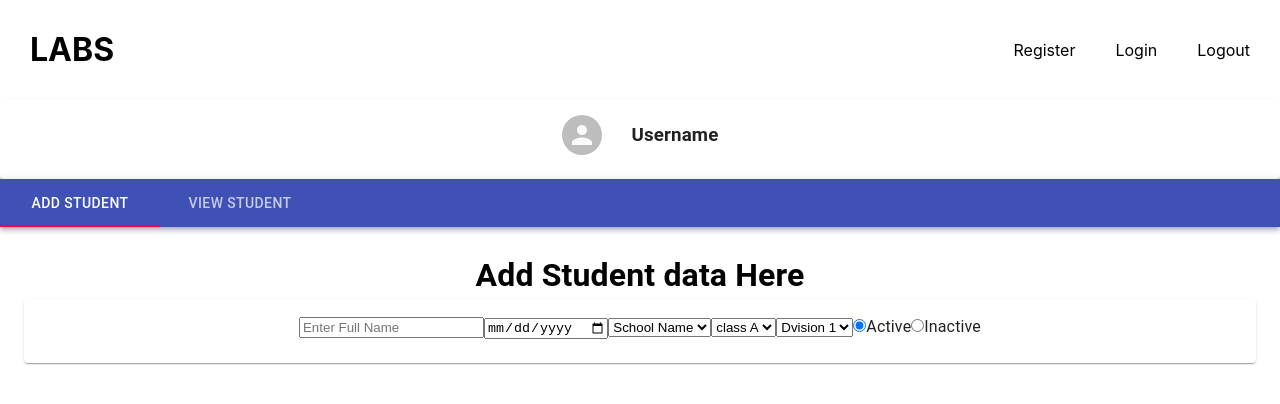
Repository: Prafullkuma/labsdata
Page: /admin
These files come from the project's save history. The page is drawn as it stood at one moment and after the next save; the edit follows.
The browser window is 1280 px wide. The pictures show the whole page.
The project was rebuilt for these pictures with package versions that can differ from the ones it lists, and the page was loaded fresh each time. Also part of the build but not shown: src/Component/Student/ViewStudent.js, src/Component/Main.js, src/Auth/Login.js, src/Auth/Signup.js, src/Auth/Logout.js.

Above is the page before, as saved 2020-08-25 17:27:35.

### src/App.js
import React from 'react';
import './App.css';
import Nav from './Component/Nav'
import Admin from './Component/Admin'
import Main from './Component/Main'
import Login from './Auth/Login'
import Signup from './Auth/Signup'
import Logout from './Auth/Logout'
import { BrowserRouter as Router, Route } from 'react-router-dom'
function App() {
  return (
    <div className="App">
      <Router>
        <Nav />
        <Route path="/logout" component={Logout} />
        <Route path="/signup" component={Signup} />
        <Route path="/login" component={Login} />
        <Route path="/admin" component={Admin} />
        <Route exact path="/" component={Main} />
      </Router>
    </div>
  );
}

export default App;

### src/Component/Nav.js
import React from 'react'
import './Nav.css'
import { Link } from 'react-router-dom'
function Nav() {
    return (
        <div className="Navbar">
            <h1> <Link to="/"> LABS</Link></h1>
            <ul>
                <li><Link to="/signup"> Register</Link></li>
                <li><Link to="/login">Login</Link></li>
                <li><Link to="/logout">Logout</Link>
                </li>
            </ul>
        </div>
    )
}

export default Nav

### src/Component/Admin.js
import React from 'react'
import { Avatar, Card, CardContent, Typography } from '@material-ui/core'
import './Admin.css'
import Details from './Details/Details'
function Admin() {
    return (
        <div>
            <Card className="all_data">
                <CardContent>
                    <Typography className="userdata">
                        <Avatar />
                        <h3>Username</h3>
                    </Typography>
                </CardContent>
            </Card>
            <Details />
        </div>
    )
}

export default Admin

### src/Component/Nav.css
.Navbar{
    padding: 30px;
    display: flex;
    justify-content: space-between;
    align-items: center;

}
a{
    text-decoration: none;
    color:black;
    }
ul,li{
    list-style: none;
    float: left;
    margin-left: 40px;
}

### src/Component/Admin.css
.userdata{
    display: flex;
    justify-content: right;
    align-items: center;
}
h3{
    margin-left: 30px;
}

### src/Component/Details/Details.js
import React from 'react'
import './details.css'
import { AppBar, Tabs, Tab, Typography } from '@material-ui/core'
import { makeStyles } from '@material-ui/core/styles';
import PropTypes from 'prop-types';
import Box from '@material-ui/core/Box';
import Addstudent from '../Student/Addstudent';
import ViewStudent from '../Student/ViewStudent';

const useStyles = makeStyles((theme) => ({
    root: {
        flexGrow: 1,
        backgroundColor: theme.palette.background.paper,
    },
}));

function a11yProps(index) {
    return {
        id: `simple-tab-${index}`,
        'aria-controls': `simple-tabpanel-${index}`,
    };
}
TabPanel.propTypes = {
    children: PropTypes.node,
    index: PropTypes.any.isRequired,
    value: PropTypes.any.isRequired,
};
function TabPanel(props) {
    const { children, value, index, ...other } = props;

    return (
        <div
            role="tabpanel"
            hidden={value !== index}
            id={`simple-tabpanel-${index}`}
            aria-labelledby={`simple-tab-${index}`}
            {...other} >
            {value === index && (
                <Box p={3}>
                    <Typography>{children}</Typography>
                </Box>
            )}
        </div>
    );
}

function Details() {
    const classes = useStyles();
    const [value, setValue] = React.useState(0);

    const handleChange = (event, newValue) => {
        setValue(newValue);
    };
    return (
        <div className="items">
            <div className="items_data">
                <AppBar position="static">
                    <Tabs value={value} onChange={handleChange} aria-label="simple tabs example">
                        <Tab label="Add Student" {...a11yProps(0)} />
                        <Tab label="View Student" {...a11yProps(1)} />
                    </Tabs>
                </AppBar>
            </div>
            <TabPanel value={value} index={0}>
                <h1>  Add Student data Here</h1>
                <Addstudent />
            </TabPanel>
            <TabPanel value={value} index={1}>
                <h1>  View Student Data</h1>
                <ViewStudent />
            </TabPanel>
        </div>
    )
}


export default Details

### src/Component/Details/details.css
.items{
    text-align: center;

}
.items_data{
    text-align: center;
}

### src/Component/Student/Addstudent.js
import React, { useState } from 'react'
import './addstudent.css'
import { Card, CardContent, Typography } from '@material-ui/core'


function Addstudent() {
    const [selectedOption, setSelectedOption] = useState('active')

    const radioHandler = (e) => {
        const data = e.target.value
        setSelectedOption({
            selectedOption: data
        })
        console.log(selectedOption)
    }
    return (
        <div>

            <Card className="all_data">
                <CardContent>
                    <Typography className="userdata">
                        <form >
                            <input type="text"
                                placeholder="Enter Full Name" />
                            <input type="date" className="'date enchiladac" />
                            <select value="" onChange="">
                                <option value="school1">School Name</option>
                                <option value="school1">School Name</option>
                                <option value="school1">School Name</option>
                            </select>
                            <select value="" onChange="">
                                <option value="class A">class A</option>
                                <option value="class A">class b</option>
                                <option value="class A">class c</option>
                            </select>
                            <select value="" onChange="">
                                <option value="Dvision 1">Dvision 1</option>
                                <option value="Dvision 1">Dvision 1</option>
                                <option value="Dvision 1">Dvision 1</option>
                            </select>

                            <label>
                                <input type="radio"
                                    name="do"
                                    value="active"
                                    onChange={radioHandler}
                                    checked={selectedOption === "active"} />
                           Active
                            </label>

                            <label>
                                <input type="radio"
                                    name="do"
                                    value="inactive"
                                    onChange={radioHandler}
                                    checked={selectedOption === "inactive"} />
                           Inactive
                            </label>
                        </form>
                    </Typography>
                </CardContent>
            </Card>

        </div >
    )
}

export default Addstudent

### src/Component/Student/addstudent.css
.userdata{
    display: flex;
    justify-content:center;
    align-items: center;
}
h3{
    margin-left: 30px;
}

Loaded but not shown: public/index.html (common file); src/index.js (common file); src/index.css (common file); src/serviceWorker.js (common file); src/App.css (common file); src/Component/Main.css (no stored copy; drawn as an empty file); src/Component/Student/viewstudent.css (no stored copy; drawn as an empty file)

After the next save:
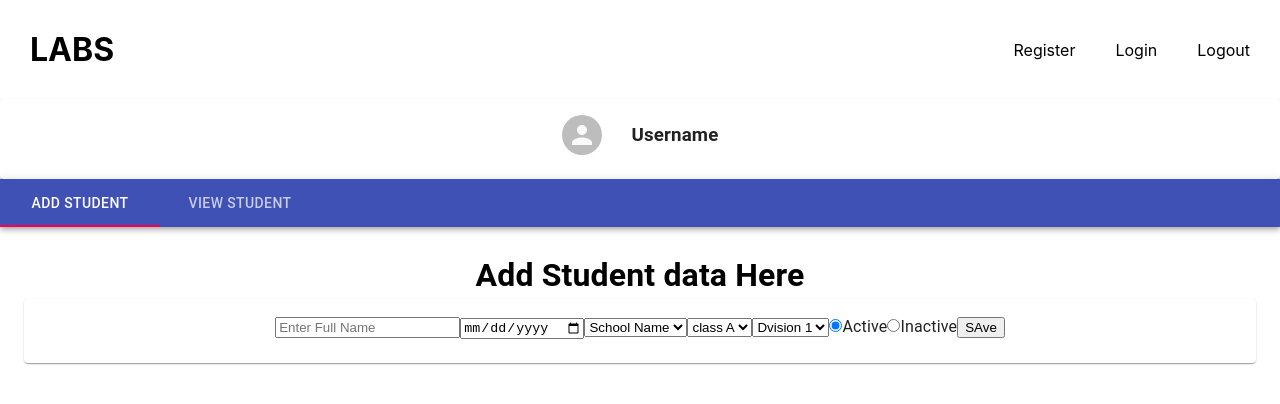
Saved 2 min 18 s later.
--- a/src/Component/Student/Addstudent.js
+++ b/src/Component/Student/Addstudent.js
@@ -56,6 +56,7 @@ function Addstudent() {
                                     checked={selectedOption === "inactive"} />
                            Inactive
                             </label>
+                            <button type="submit"> SAve</button>
                         </form>
                     </Typography>
                 </CardContent>
